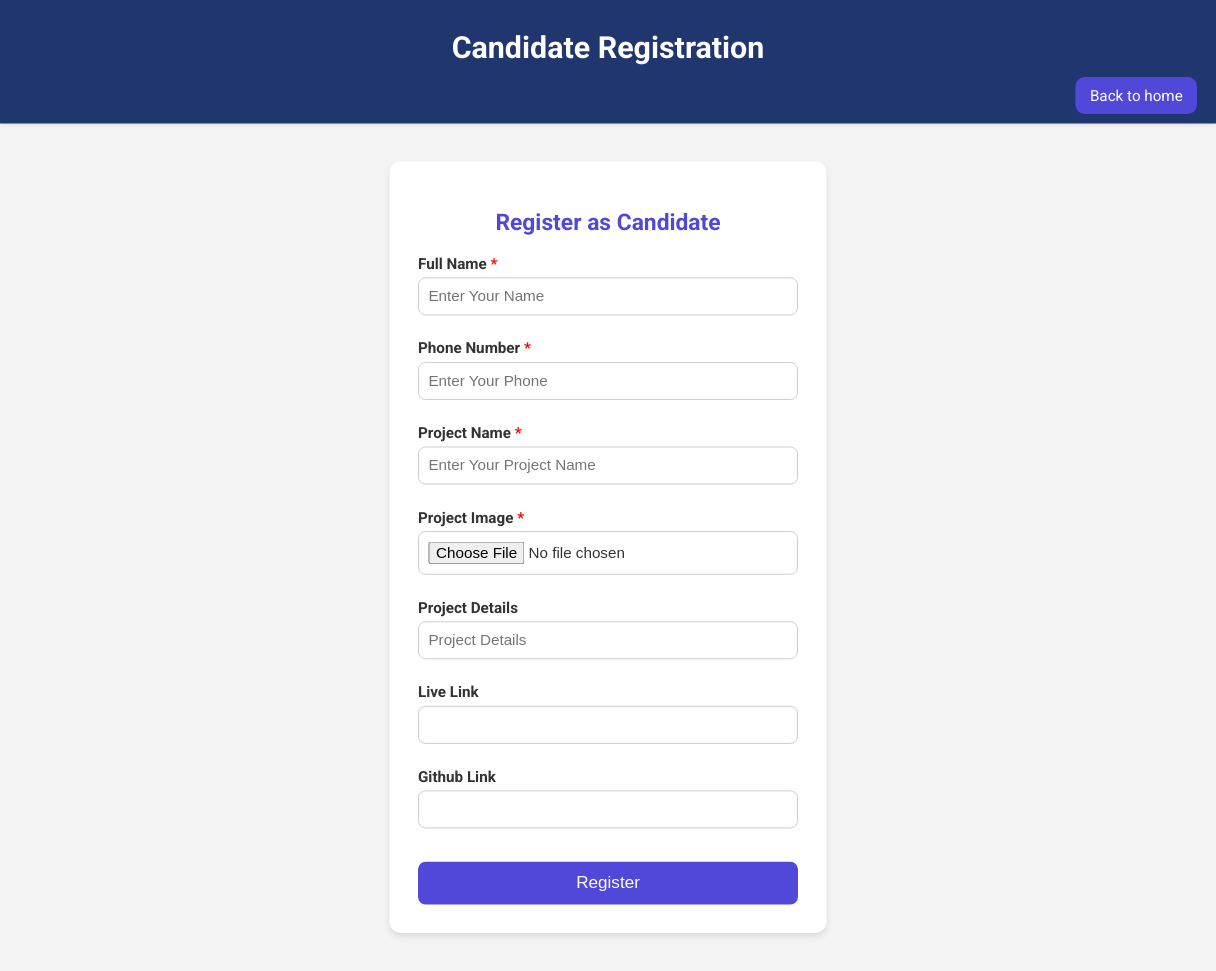
Repository: Pritom0701/voting_app
Page: /candidate-registration
These files come from the project's save history. The page is drawn as it stood at one moment and after the next save; the edit follows.
The browser window is 1280 px wide. The pictures show the whole page, at 95% of full size.
The project was rebuilt for these pictures with package versions that can differ from the ones it lists, and the page was loaded fresh each time. Also part of the build but not shown: vite.config.js, src/index.css, src/Pages/Home.jsx, src/Pages/Result.jsx, src/Pages/Registration_voter.jsx.

Above is the page before, as saved 2025-04-28 22:56:19.

### src/main.jsx
import { StrictMode } from 'react'
import { createRoot } from 'react-dom/client'
import './index.css'
import {
  createBrowserRouter,
  RouterProvider,
} from "react-router-dom";
import Home from './Pages/Home.jsx'
import Result from './Pages/Result.jsx'
import Registration_voter from './Pages/Registration_voter.jsx'
import Registration_candidate from './Pages/Registration_candidate.jsx'
import { Toaster } from 'react-hot-toast';
// import Layout from './Layout/Layout.jsx';

const router = createBrowserRouter([
  {
    path: "/",
    element: <Home />
  },
  {
    path: "/result",
    element: <Result />
  },
  {
    path: "/voter-registration",
    element: <Registration_voter />
  },
  {
    path: "/candidate-registration",
    element: <Registration_candidate />
  }
  // {
  //   path: "/",
  //   element: <Layout />,
  //   children: [
  //     ,
  //   ]
  // }
]);

createRoot(document.getElementById('root')).render(
  <StrictMode>
    <RouterProvider router={router} />
    <Toaster />
  </StrictMode>,
)

### src/Pages/Registration_candidate.jsx
import React, { useState } from 'react';
import './Registration.css';
import { Link, useNavigate } from 'react-router-dom';
import axios from 'axios'; // You will need axios for API calls
import toast from 'react-hot-toast';

const Registration_candidate = () => {
    const BASE_URL = import.meta.env.VITE_API_BASE_URL;

    const [formData, setFormData] = useState({
        name: '',
        phone: '',
        pName: '',
        pImage: null,
        pDetails: '',
        liveLink: '',
        githubLink: '',
    });

    const navigate = useNavigate()

    const handleChange = (e) => {
        const { name, value, type, files } = e.target;
        if (type === 'file') {
            if (files.length > 0) {
                setFormData({ ...formData, [name]: files[0] }); // Fix here
            }
        } else {
            setFormData({ ...formData, [name]: value });
        }
    };


    const handleSubmit = async (e) => {
        e.preventDefault();

        const data = new FormData();
        data.append('name', formData.name);
        data.append('phone', formData.phone);
        data.append('pName', formData.pName);
        data.append('pImage', formData.pImage);
        data.append('pDetails', formData.pDetails);
        data.append('liveLink', formData.liveLink);
        data.append('githubLink', formData.githubLink);

        try {
            const response = await axios.post(`${BASE_URL}/candidate/register`, data, {
                headers: {
                    'Content-Type': 'multipart/form-data',
                },
            });
            console.log('Success:', response.data);
            toast.success('Submit Successfully!');
            navigate('/')
        } catch (error) {
            console.error('Error:', error);
            toast.error('Registration failed!');
        }
    };

    return (
        <div>
            <header>
                <h1>Candidate Registration</h1>
                <Link to="/">Back to home</Link>
            </header>

            <main className="container">
                <form className="registration-form" onSubmit={handleSubmit}>
                    <h2>Register as Candidate</h2>

                    <label htmlFor="fullname">Full Name <span>*</span></label>
                    <input type="text" id="fullname" required name="name" value={formData.name} onChange={handleChange} placeholder='Enter Your Name'/>

                    <label htmlFor="phone">Phone Number <span>*</span></label>
                    <input type="number" id="phone" required name="phone" value={formData.phone} onChange={handleChange} placeholder='Enter Your Phone' />

                    <label htmlFor="project-name">Project Name <span>*</span></label>
                    <input type="text" id="project-name" required name="pName" value={formData.pName} onChange={handleChange} placeholder='Enter Your Project Name'/>

                    <label htmlFor="project-image">Project Image <span>*</span></label>
                    <input type="file" id="project-image" required name="pImage" onChange={handleChange} />

                    <label htmlFor="project-details">Project Details</label>
                    <input type="text" id="project-details" name="pDetails" value={formData.pDetails} onChange={handleChange} placeholder='Project Details'/>

                    <label htmlFor="link">Live Link</label>
                    <input type="text" id="link" name="liveLink" value={formData.liveLink} onChange={handleChange} />

                    <label htmlFor="github-link">Github Link </label>
                    <input type="text" id="github-link" name="githubLink" value={formData.githubLink} onChange={handleChange} />

                    <button type="submit" className="submit-btn">Register</button>
                </form>
            </main>
        </div>
    );
};

export default Registration_candidate;

### src/Pages/Home.css
@import url('https://fonts.googleapis.com/css2?family=Anonymous+Pro:ital,wght@0,400;0,700;1,400;1,700&family=Inter:ital,opsz,wght@0,14..32,100..900;1,14..32,100..900&family=Lexend:wght@100..900&family=Open+Sans:ital,wght@0,300..800;1,300..800&family=Roboto:ital,wght@0,100;0,300;0,400;0,500;0,700;0,900;1,100;1,300;1,400;1,500;1,700;1,900&family=Rubik+Mono+One&family=Rubik:ital,wght@0,300..900;1,300..900&display=swap');

body {
    margin: 0;
    padding: 0;
    font-family: "Roboto", sans-serif;
    background-color: #f4f4f4;
    color: #333;
    min-height: 100vh;
    display: flex;
    flex-direction: column;
}

header {
    background-color: rgb(32, 54, 110);
    color: white;
    padding-top: 10px;
    padding-bottom: 20px;
    box-shadow: 0 2px 4px rgba(0, 0, 0, 0.1);
}

header h1 {
    text-align: center;
}

header a {
    margin-right: 20px;
    text-decoration: none;
    background-color: rgb(81, 72, 217);
    color: rgb(255, 255, 255);
    text-align: end;
    padding: 10px 15px;
    border-radius: 10px;
}

header a:hover {
    background-color: rgb(47, 36, 209);
    color: rgb(255, 255, 255);
}

.containers {
    display: grid;
    grid-template-columns: 1.5fr 1fr;
    align-items: start;
    gap: 30px;
    padding: 40px;

}

.containers .information-container {
    background: white;
    padding: 20px;
    border-radius: 12px;
    box-shadow: 0 4px 6px rgba(0, 0, 0, 0.1);

}

.containers .information-container .info {
    margin-left: 10px;
    margin-right: 10px;
}

.containers .information-container .info img {
    border-radius: 10px;
}

.containers .information-container .vote-btn {
    margin-top: 40px;
    margin-left: 20px;
    padding: 10px 20px;
    background-color: rgb(81, 72, 217);
    border: none;
    border-radius: 8px;
    color: white;
    font-size: 16px;
    cursor: pointer;
    transition: 0.3s;
}

.containers .information-container .vote-btn:hover {
    background-color: rgb(47, 36, 209);
}

.containers .candidate-container {
    display: grid;
    grid-template-columns: 1fr 1fr;
    gap: 30px;
    height: 50%;
}

.containers .candidate-container .card {
    background: white;
    padding: 20px;
    border-radius: 12px;
    box-shadow: 0 4px 6px rgba(0, 0, 0, 0.1);
    text-align: center;
    height: 70%;
    transition: 0.3s;
}

.containers .candidate-container .card:hover {
    transform: translateY(-5px);
    box-shadow: 0 8px 12px rgba(0, 0, 0, 0.2);
}

.containers .candidate-container .card .info-btn {
    padding: 10px 20px;
    background-color: rgb(81, 72, 217);
    border: none;
    border-radius: 8px;
    color: white;
    font-size: 16px;
    cursor: pointer;
    transition: 0.3s;
}

.containers .candidate-container .card .info-btn:hover {
    background-color: rgb(47, 36, 209);
}

footer {
    background-color: rgb(32, 54, 110);
    color: white;
    text-align: center;
    padding: 10px 0;
    align-items: end;
}



/* Responsive Design for Tablets and Mobile */
@media (max-width: 860px) {
    header h1 {
        text-align: center;
        font-size: 24px;
    }
    header div{
        display: flex;
        gap: -100px;
    }
    header a {
        margin-left: 20px;
        text-decoration: none;
        font-size: 12px;
        text-align: center;
        background-color: rgb(81, 72, 217);
        color: rgb(255, 255, 255);
        padding: 10px 15px;
        border-radius: 10px;
    }
    .containers {
        grid-template-columns: 1fr; /* Stack vertically */
    }
    .containers .information-container .info {
        margin-left: 0px;
        margin-right: 0px;
    }

    .containers .candidate-container {
        grid-template-columns: 1fr 1fr; /* Two candidates side by side for tablets */
    }
    .containers .candidate-container .card{
        height: 80%;
    }
    .containers .candidate-container .card h2{
        font-size: 18px;
    }
}
/* this is a comment */

### src/Pages/Result.css
@import url('https://fonts.googleapis.com/css2?family=Anonymous+Pro:ital,wght@0,400;0,700;1,400;1,700&family=Inter:ital,opsz,wght@0,14..32,100..900;1,14..32,100..900&family=Lexend:wght@100..900&family=Open+Sans:ital,wght@0,300..800;1,300..800&family=Roboto:ital,wght@0,100;0,300;0,400;0,500;0,700;0,900;1,100;1,300;1,400;1,500;1,700;1,900&family=Rubik+Mono+One&family=Rubik:ital,wght@0,300..900;1,300..900&display=swap');
body {
    font-family: "Roboto", sans-serif;
    margin: 0;
    padding: 0;
    background-color: #f4f4f4;
    color: #333;
    min-height: 100vh;
    display: flex;
    flex-direction: column;
}

header {
    background-color: rgb(32, 54, 110);
    color: white;
    padding-top: 10px;
    padding-bottom: 20px;
    text-align: end;
    box-shadow: 0 2px 4px rgba(0,0,0,0.1);
}

header h1{
    text-align: center;
}

header a{
    margin-right: 20px;
    text-decoration: none;
    background-color: rgb(81, 72, 217);
    color: rgb(255, 255, 255);
    padding: 10px 15px;
    border-radius: 10px;
}

header a:hover{
    background-color: rgb(47, 36, 209);
    color: rgb(255, 255, 255);
}

.results-container {
    display: grid;
    grid-template-columns: 1fr 1fr 1fr;
    gap: 20px;
    padding: 40px;
    flex-grow: 1;
}

.result-card {
    background: white;
    padding: 20px;
    border-radius: 12px;
    height: 60%;
    box-shadow: 0 4px 6px rgba(0,0,0,0.1);
    text-align: center;
    transition: 0.3s;
}

.result-card:hover {
    transform: translateY(-5px);
    box-shadow: 0 8px 12px rgba(0,0,0,0.15);
}

.result-card h2 {
    margin-bottom: 10px;
    color: rgb(81, 72, 217);
}

.votes {
    font-size: 24px;
    font-weight: bold;
    color: #333;
}




@media (max-width: 860px) {
    .results-container {
        display: grid;
        grid-template-columns: 1fr;
        gap: 20px;
        padding: 40px;
        flex-grow: 1;
    }
}

### src/Pages/Registration.css
@import url('https://fonts.googleapis.com/css2?family=Anonymous+Pro:ital,wght@0,400;0,700;1,400;1,700&family=Inter:ital,opsz,wght@0,14..32,100..900;1,14..32,100..900&family=Lexend:wght@100..900&family=Open+Sans:ital,wght@0,300..800;1,300..800&family=Roboto:ital,wght@0,100;0,300;0,400;0,500;0,700;0,900;1,100;1,300;1,400;1,500;1,700;1,900&family=Rubik+Mono+One&family=Rubik:ital,wght@0,300..900;1,300..900&display=swap');
body {
    font-family: "Roboto", sans-serif;
    margin: 0;
    padding: 0;
    background-color: #f4f4f4;
    color: #333;
    min-height: 100vh;
    display: flex;
    flex-direction: column;
}

header {
    background-color: rgb(32, 54, 110);
    color: white;
    padding-bottom: 20px;
    padding-top: 10px;
    text-align: end;
    box-shadow: 0 2px 4px rgba(0,0,0,0.1);
}

header h1{
    text-align: center;
}

header a{
    margin-right: 20px;
    text-decoration: none;
    background-color: rgb(81, 72, 217);
    color: rgb(255, 255, 255);
    padding: 10px 15px;
    border-radius: 10px;
}

header a:hover{
    background-color: rgb(47, 36, 209);
    color: rgb(255, 255, 255);
}

.container {
    flex-grow: 1;
    display: flex;
    justify-content: center;
    align-items: center;
    padding: 40px;
}

.registration-form {
    background: white;
    padding: 30px;
    border-radius: 12px;
    box-shadow: 0 4px 8px rgba(0,0,0,0.1);
    width: 100%;
    max-width: 400px;
}

.registration-form h2 {
    text-align: center;
    margin-bottom: 20px;
    color: rgb(81, 72, 217);
}

.registration-form label {
    display: block;
    margin: 10px 0 5px;
    font-weight: bold;
}

.registration-form label span{
    color: red;
}

.registration-form input {
    width: 94.5%;
    padding: 10px;
    margin-bottom: 15px;
    border: 1px solid #ccc;
    border-radius: 8px;
    font-size: 16px;
}

.submit-btn {
    width: 100%;
    padding: 12px;
    margin-top: 20px;
    background-color: rgb(81, 72, 217);
    color: rgb(255, 255, 255);
    border: none;
    border-radius: 8px;
    font-size: 18px;
    cursor: pointer;
    transition: 0.3s;
}

.submit-btn:hover {
    background-color: rgb(47, 36, 209);
}

Loaded but not shown: index.html (common file)

After the next save:
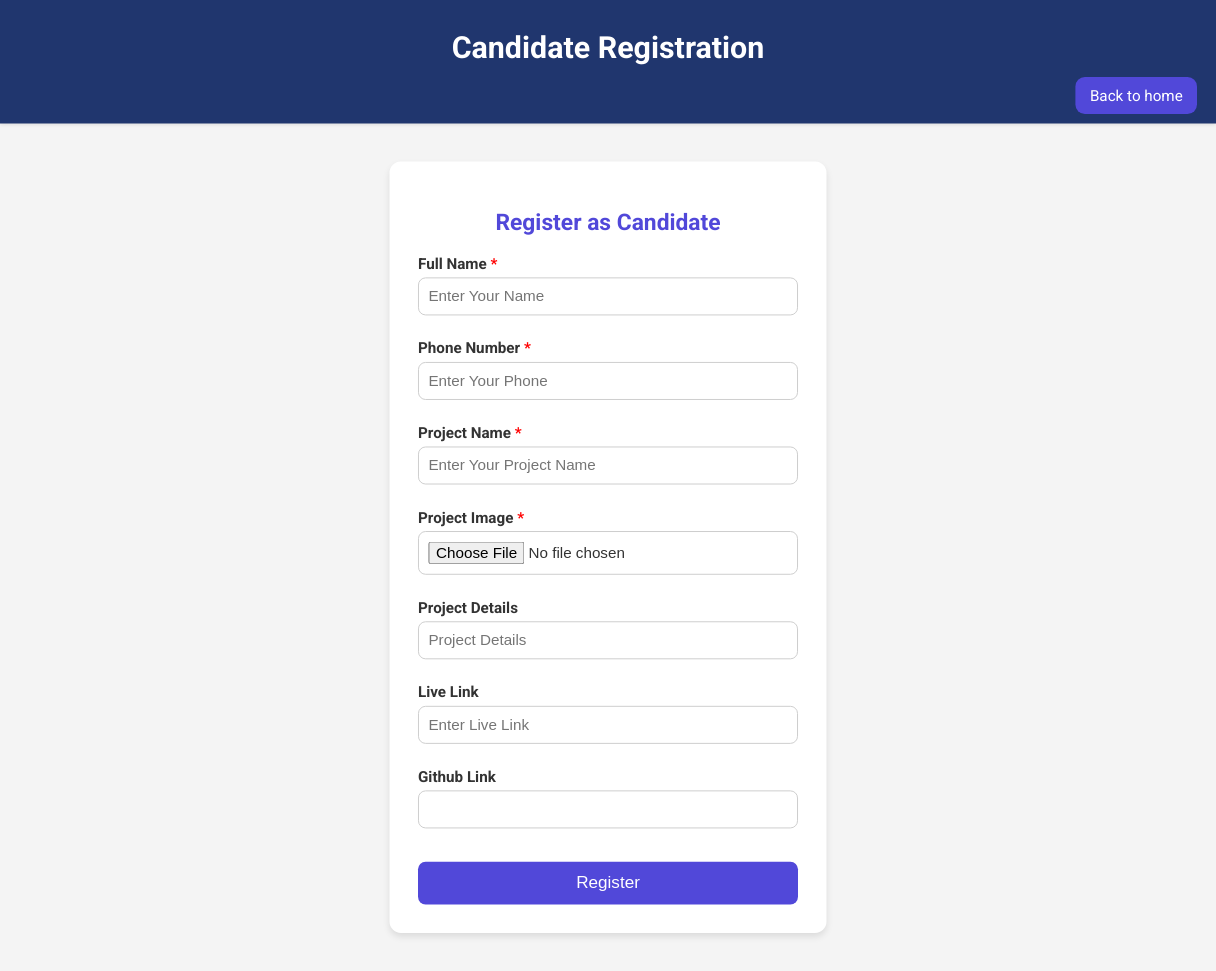
Saved 15 s later.
--- a/src/Pages/Registration_candidate.jsx
+++ b/src/Pages/Registration_candidate.jsx
@@ -85,7 +85,7 @@
                     <input type="text" id="project-details" name="pDetails" value={formData.pDetails} onChange={handleChange} placeholder='Project Details'/>
 
                     <label htmlFor="link">Live Link</label>
-                    <input type="text" id="link" name="liveLink" value={formData.liveLink} onChange={handleChange} />
+                    <input type="text" id="link" name="liveLink" value={formData.liveLink} onChange={handleChange} placeholder='Enter Live Link'/>
 
                     <label htmlFor="github-link">Github Link </label>
                     <input type="text" id="github-link" name="githubLink" value={formData.githubLink} onChange={handleChange} />
